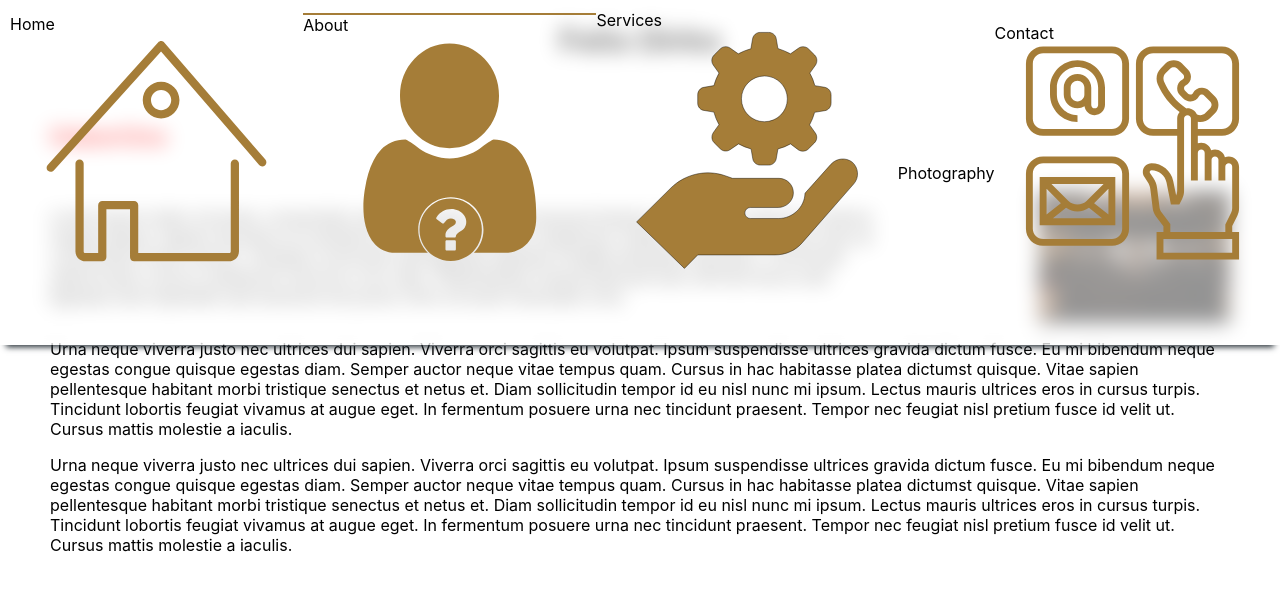
Repository: muhanad-musawi/backend-projekt-frondend
Page: /About (app in pohtographer/)
An editor plug-in stored every save of this project. The page is shown before and after the next save, followed by the edit.
The browser window is 1280 px wide. The pictures show the whole page.
The project was rebuilt for these pictures with package versions that can differ from the ones it lists, and the page was loaded fresh each time. The framework's server and built-in components were replaced by stand-ins that run in the browser. Also part of the build but not shown: pohtographer/next.config.js, pohtographer/styles/Footer.module.css.

Above is the page before, as saved 2022-03-24 09:56:01.

After the next save:
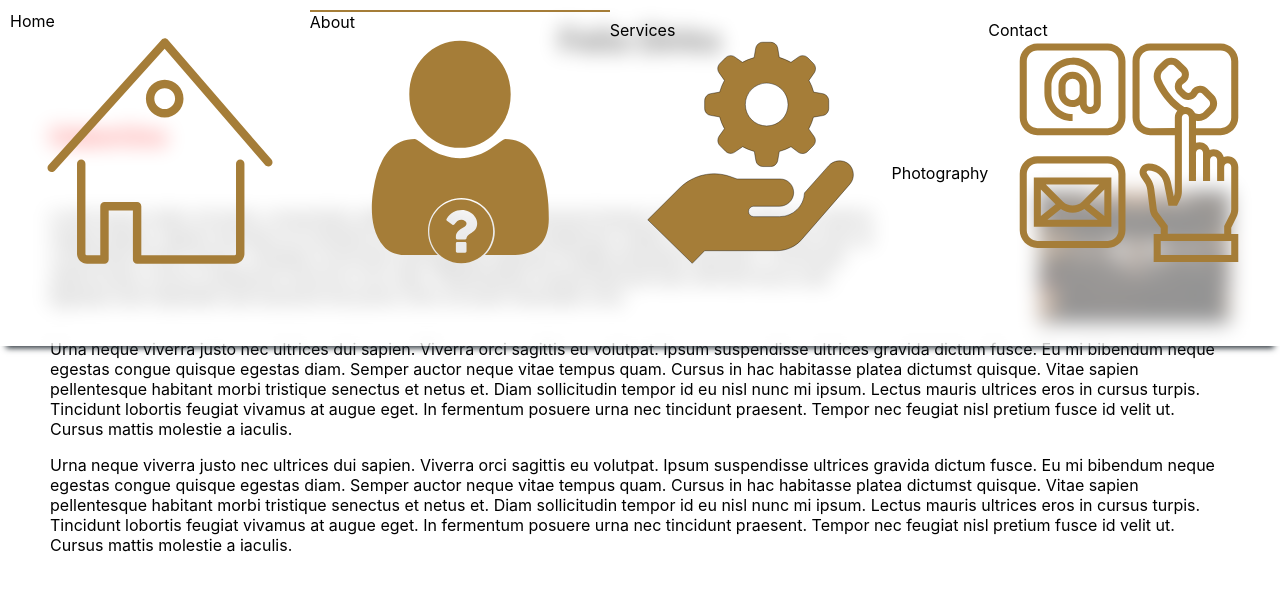
Saved 10 s later.
--- a/pohtographer/components/Header.jsx
+++ b/pohtographer/components/Header.jsx
@@ -42,7 +42,7 @@ function Header() {
 
         <Link href="/Services">
           <a className={router.pathname == "/Services" ? styles.active  : ""}>
-          <span className='desktopVersion'>Services</span>
+          <span className={styles.desktopVersion}>Services</span>
         <span className='mobileVersion'>
 
         <Image src={service} alt="home" />
